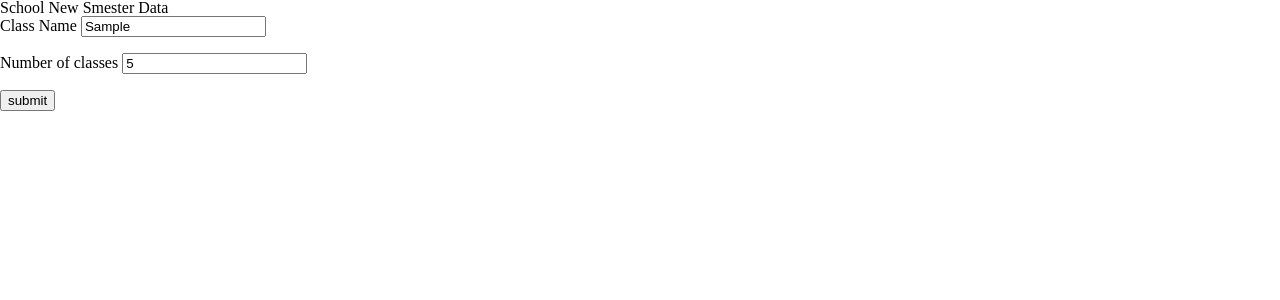
Repository: Razan-am/exam-practice
Page: index.html
The author's editor kept a copy of each file at every save. The page is drawn from the files as they stood at one save, then again after the next save.
The browser window is 1280 px wide. The pictures show the whole page.
Empty fields were first filled with sample values (such as "Sample", 5 or name@example.com).
After loading, the first visible `#myForm` was submitted once.

Above is the page before, as saved 2021-05-30 23:11:59.

### index.html
<!DOCTYPE html>
<html lang="en">
<head>
    <meta charset="UTF-8">
    <meta http-equiv="X-UA-Compatible" content="IE=edge">
    <meta name="viewport" content="width=device-width, initial-scale=1.0">
    <title>Document</title>
    <link rel="stylesheet" href="css/reset.css">
    <link rel="stylesheet" href="css/style.css">
</head>
<body>
    <header>
        <h1>School New Smester Data</h1>
    </header>
    <main>
        <form action="" id="myForm">
            <fieldset>
                <label for="className">Class Name</label>
                <input type="text" id="className" name="className" placeholder="9th">
                <br/><br/>
                <label for="classNumber">
                    Number of classes
                </label>
                <input type="number" id="classNamber" name="classNumber">
                <br/><br/>
                <input type="submit" value="submit">
            </fieldset>
        </form>
        <div >
            <table id="table"></table>
        </div>
    </main>
    <footer></footer>
    <script src="js/app.js"></script>
</body>
</html>

### css/style.css
table {
    margin-left: 250px;
}
th{
    padding-left: 20px;
}
td{
    padding-left: 20px;
}

### js/app.js
'use strict';

let myForm = document.getElementById('myForm');
let myTable = document.getElementById('table');

let headerData = ['class', 'number of classes', 'number of students for each class']

let mainArr = [];
function Myform(className, numberOfClasses) {
    this.className = className;
    this.numberOfClasses = numberOfClasses;
    this.randomNumber = 0;
    mainArr.push(this);
}
console.log(mainArr);

function random(min, max) {
    mainArr.randomNumber = Math.floor(Math.random() * (max - min + 1)) + min;
}


myForm.addEventListener('submit', handleSubmit);

function handleSubmit(event) {
    event.preventDefault();
    let className = event.target.className.value;
    let classNumber = event.target.classNumber.value;
    new Myform(className, classNumber);
    // theader();
    render();
}

let headerEl = document.createElement('tr');
myTable.appendChild(headerEl);
// function theader() {
//     // myTable.textContent='';

// }
let tBody = document.createElement('tr');
myTable.appendChild(tBody);
function render() {
    myTable.textContent='';
    for (let index = 0; index < headerData.length; index++) {
        let thEl = document.createElement('th');
        headerEl.appendChild(thEl);
        thEl.textContent = `${headerData[index]}`
    }

        let td1 = document.createElement('td');
        tBody.appendChild(td1);
        td1.textContent = `${mainArr.className}`;


    for (let i = 0; i < mainArr.length; i++) {
        let td2 = document.createElement('td');
        tBody.appendChild(td2);
        td2.textContent = `${mainArr[i].numberOfClasses}`;
    }

    let td3 = document.createElement('td');
    tBody.appendChild(td3);
    td3.textContent = `${mainArr.randomNumber}`;
}


random(1, 10);

Loaded but not shown: css/reset.css (common file)

After the next save:
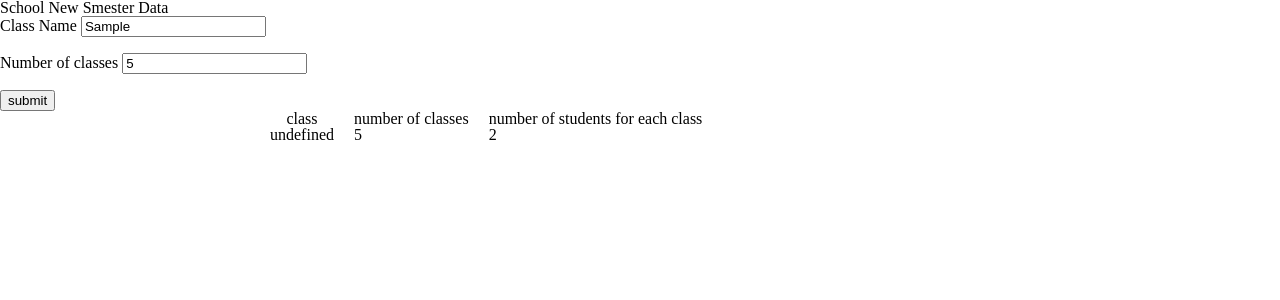
Saved 12 s later.
--- a/js/app.js
+++ b/js/app.js
@@ -39,7 +39,7 @@ myTable.appendChild(headerEl);
 let tBody = document.createElement('tr');
 myTable.appendChild(tBody);
 function render() {
-    myTable.textContent='';
+    // myTable.textContent='';
     for (let index = 0; index < headerData.length; index++) {
         let thEl = document.createElement('th');
         headerEl.appendChild(thEl);
